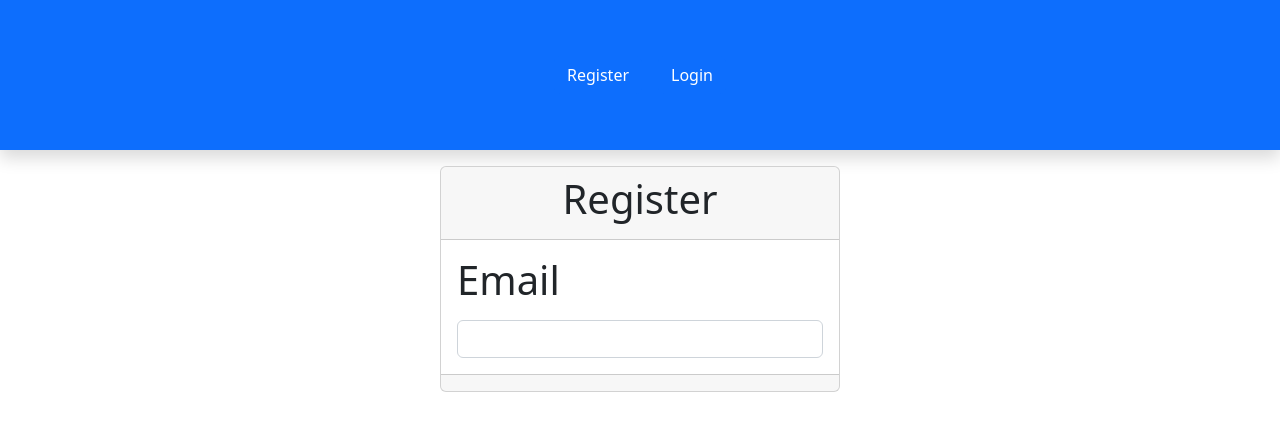
Repository: loveleii/firebase-login-logout
Page: /
The author's editor kept a copy of each file at every save. The page is drawn from the files as they stood at one save, then again after a run of saves.
The browser window is 1280 px wide. The pictures show the whole page.
The project was rebuilt for these pictures with package versions that can differ from the ones it lists, and the page was loaded fresh each time. Also part of the build but not shown: vite.config.ts, src/views/loginView.vue, src/assets/main.css.

Above is the page before, as saved 2023-03-04 19:42:22.

### src/main.js
import { createApp } from 'vue'
import { createPinia } from 'pinia'

import App from './App.vue'
import router from './router'
import "bootstrap/dist/css/bootstrap.min.css"
import bootstrap from "bootstrap/dist/js/bootstrap.bundle.js"

import './assets/main.css'

const app = createApp(App)

app.use(createPinia())
app.use(router)

app.mount('#app')

### src/App.vue
<script setup lang="ts">
import { RouterLink, RouterView } from 'vue-router'

</script>

<template>
  <div>
        <header class="bg-primary p-5 shadow">
            <div class="container_header">
                <div class="d-flex">
                    <RouterLink to="/" style="text-decoration: none;"><text class="text-white m-2 btn btn-primary">Register</text></RouterLink>
                    <RouterLink to="/login" style="text-decoration: none;"><text class="text-white m-2 btn btn-primary">Login</text></RouterLink>
                </div>
            </div>
        </header>
    </div>
    <div class="center_container m-3 rounded text-center">
      <RouterView />
    </div>

</template>

<style>
.container_header{
  display: grid;
  place-content: center;
}
.center_container{
  display: grid;
  place-content: center;
}

</style>

### src/router/index.js
import { createRouter, createWebHistory } from 'vue-router'
import registerView from '../views/registerView.vue'
import loginView from '../views/loginView.vue'

const router = createRouter({
  history: createWebHistory(import.meta.env.BASE_URL),
  routes: [
    {
      path: '/',
      name: 'reg',
      component: registerView
    },
    {
      path: '/login',
      name: 'log',
      component: loginView
    },

  ]
})

export default router

### src/views/registerView.vue
<template>
    <div class="card">
        <div class="card-header">
            <h1>Register</h1>
        </div>
        <div class="card-body float-left">
            <div class="form-group">
                <label for="" class="form-label float-start"> <h1>Email</h1> </label>
                <input type="text" name="" id="" class="form-control">
            </div>

        </div>
        <div class="card-footer">

        </div>
    </div>
</template>

<script>


</script>
<style>
.card{
    width: 400px;
}
</style>

Loaded but not shown: index.html (common file)

After the next 4 saves:
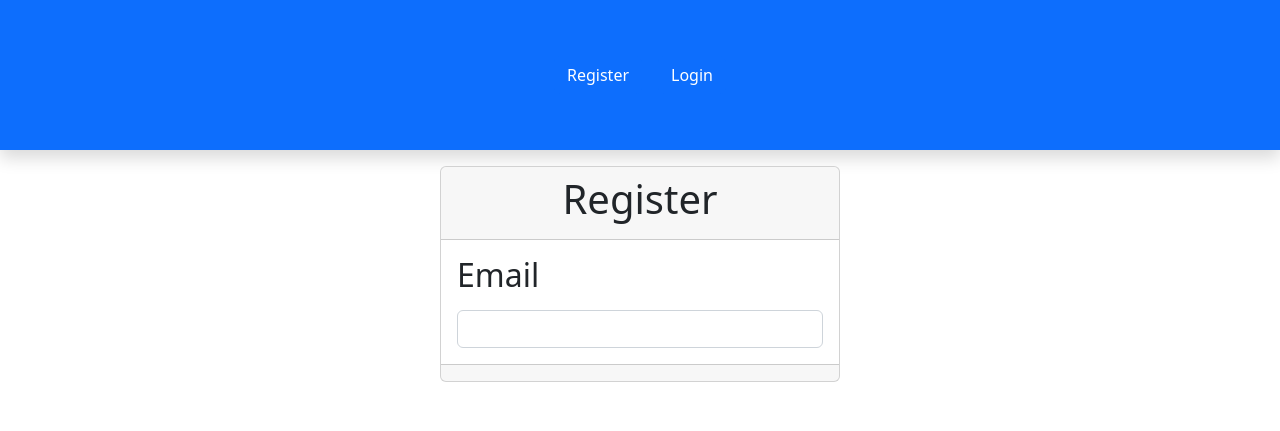
The 4 saves are shown as one change because they came seconds apart.
The last was saved 15 s later.
--- a/src/views/registerView.vue
+++ b/src/views/registerView.vue
@@ -5,7 +5,7 @@
         </div>
         <div class="card-body float-left">
             <div class="form-group">
-                <label for="" class="form-label float-start"> <h1>Email</h1> </label>
+                <label for="" class="form-label float-start"> <h2>Email</h2> </label>
                 <input type="text" name="" id="" class="form-control">
             </div>
 
